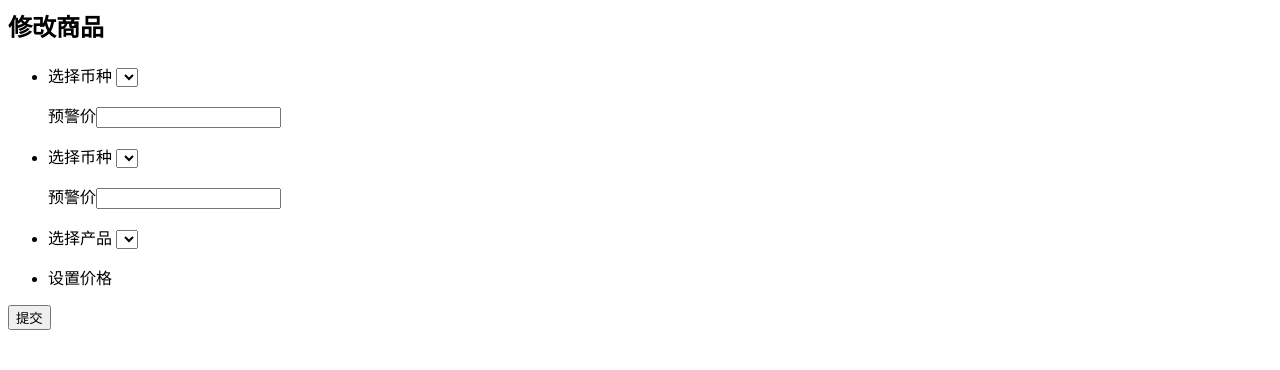
Repository: wangyan466393/racentSystem
Page: updateProduct.html
An editor plug-in stored every save of this project. The page is shown before and after the next save, followed by the edit.
The browser window is 1280 px wide. The pictures show the whole page.

Above is the page before, as saved 2020-08-13 11:36:38.

### updateProduct.html
<div id="content_box">
    <h2>修改商品</h2>
<div class="config_box">
    <div class="price_content">
        <ul>
            <li>
                <p>
                    <span>选择币种</span>
                    <select name="" id="" class="config_inp">
                        <option value=""></option>
                    </select>
                </p>
                <p>
                    <span>预警价</span><input type="text" class="config_inp">
                </p>
            </li>
            <li>
                <p>
                    <span>选择币种</span>
                    <select name="" id="" class="config_inp">
                        <option value=""></option>
                    </select>
                </p>
                <p>
                    <span>预警价</span><input type="text" class="config_inp">
                </p>
            </li>
            <li>
                <p>
                    <span>选择产品</span>
                    <select name="" id="" class="config_inp">
                        <option value=""></option>
                    </select>
                </p>
            </li>

            <li>
               <p> <span>设置价格</span></p>
               <div class="priceData_box">

                </div>
            </li>

        </ul>
    </div>
</div>
</div>
<div class="email_back_btn">
    <button type="button">提交</button>
</div>

After the next save:
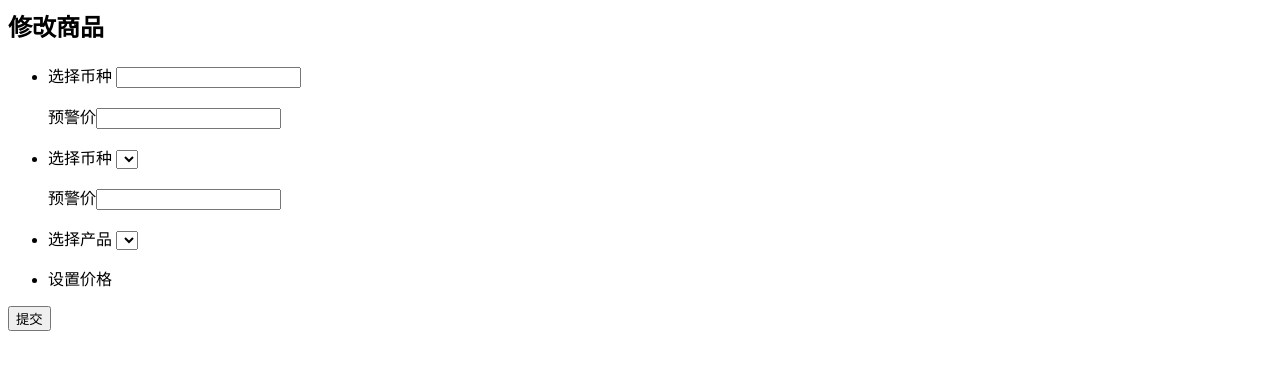
Saved 5 s later.
--- a/updateProduct.html
+++ b/updateProduct.html
@@ -6,9 +6,7 @@
             <li>
                 <p>
                     <span>选择币种</span>
-                    <select name="" id="" class="config_inp">
-                        <option value=""></option>
-                    </select>
+                    <input type="text">
                 </p>
                 <p>
                     <span>预警价</span><input type="text" class="config_inp">
